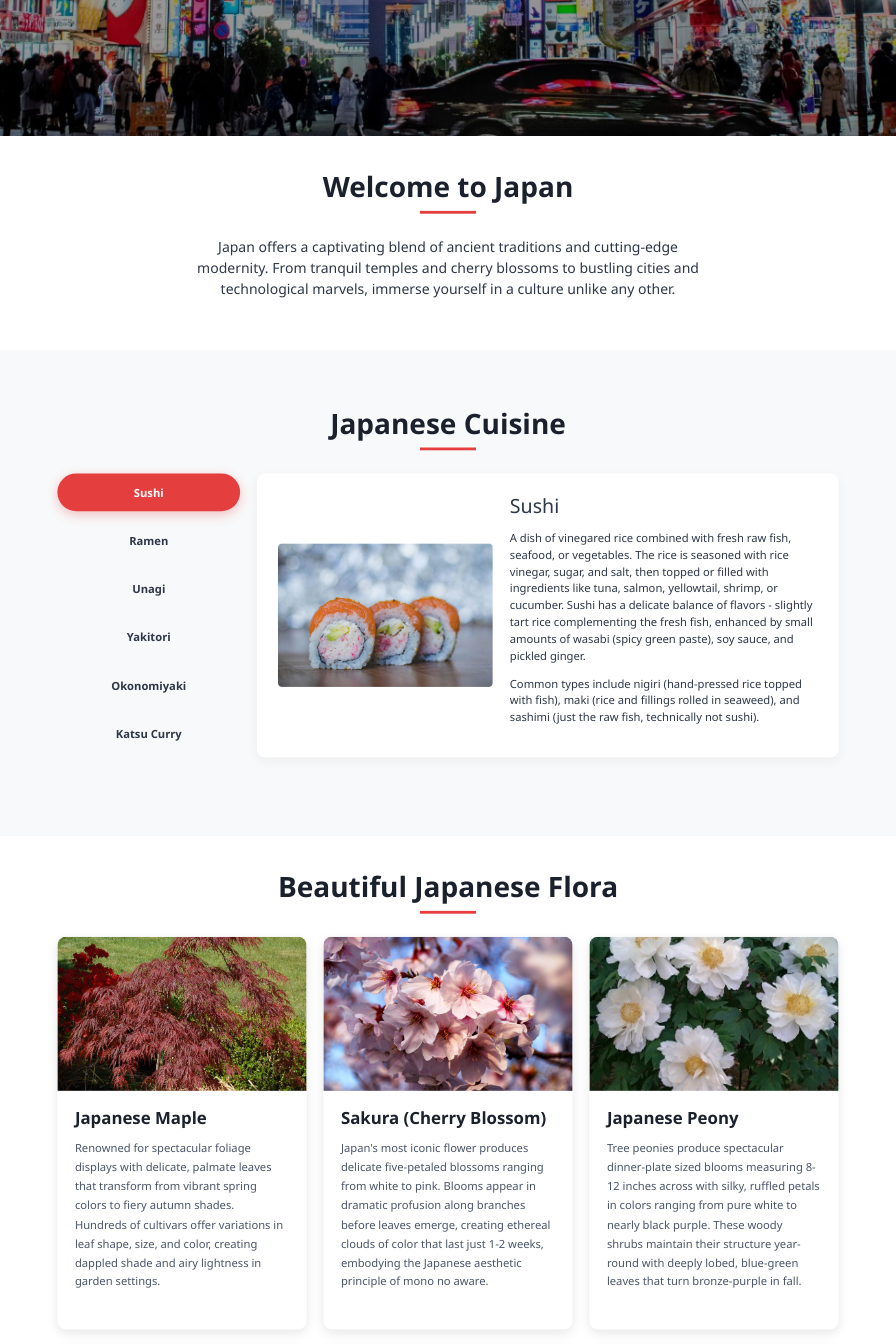
Repository: urielaracena/softwareDev
Page: project1/project1.html
An editor plug-in stored every save of this project. The page is shown before and after the next save, followed by the edit.
The browser window is 1280 px wide. The pictures show the part of the page from y = 526 to 2446 px (the page is 5087 px tall before and 5353 px after), at 70% of full size.
Backgrounds fixed to the window are drawn as part of the page.

Above is the page before, as saved 2025-04-18 14:36:58.

After the next save:
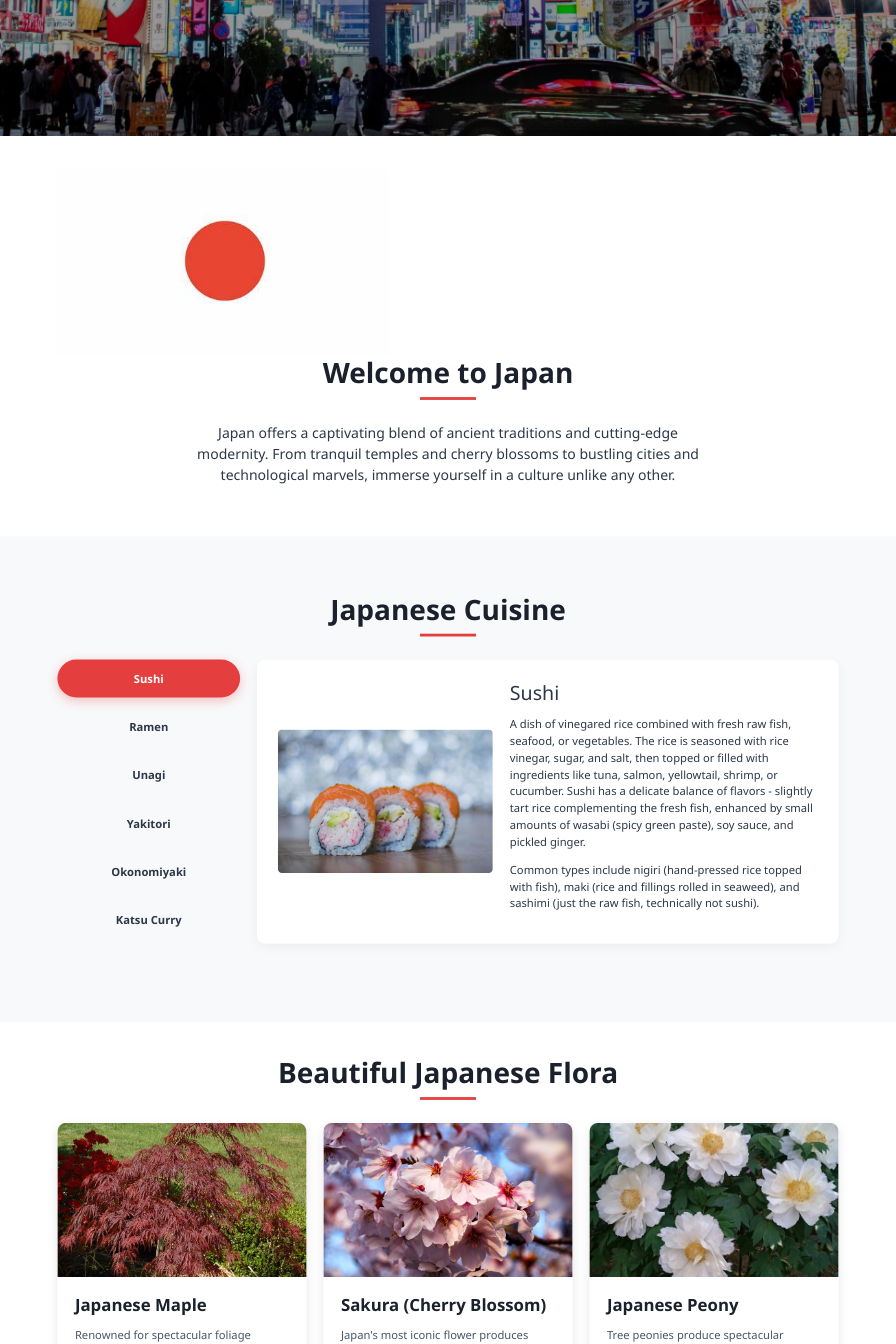
Saved 2 min 19 s later.
--- a/project1/project1.html
+++ b/project1/project1.html
@@ -51,7 +51,7 @@
 
     <!-- Introduction Section -->
     <section class="py-5">
-      <div class="container">
+      <div class="container"> <img src="images/japan-logo.jpeg" alt="">
         <h2 class="section-title">Welcome to Japan</h2>
         <div class="row justify-content-center">
           <div class="col-lg-8 text-center">

After the save that followed:
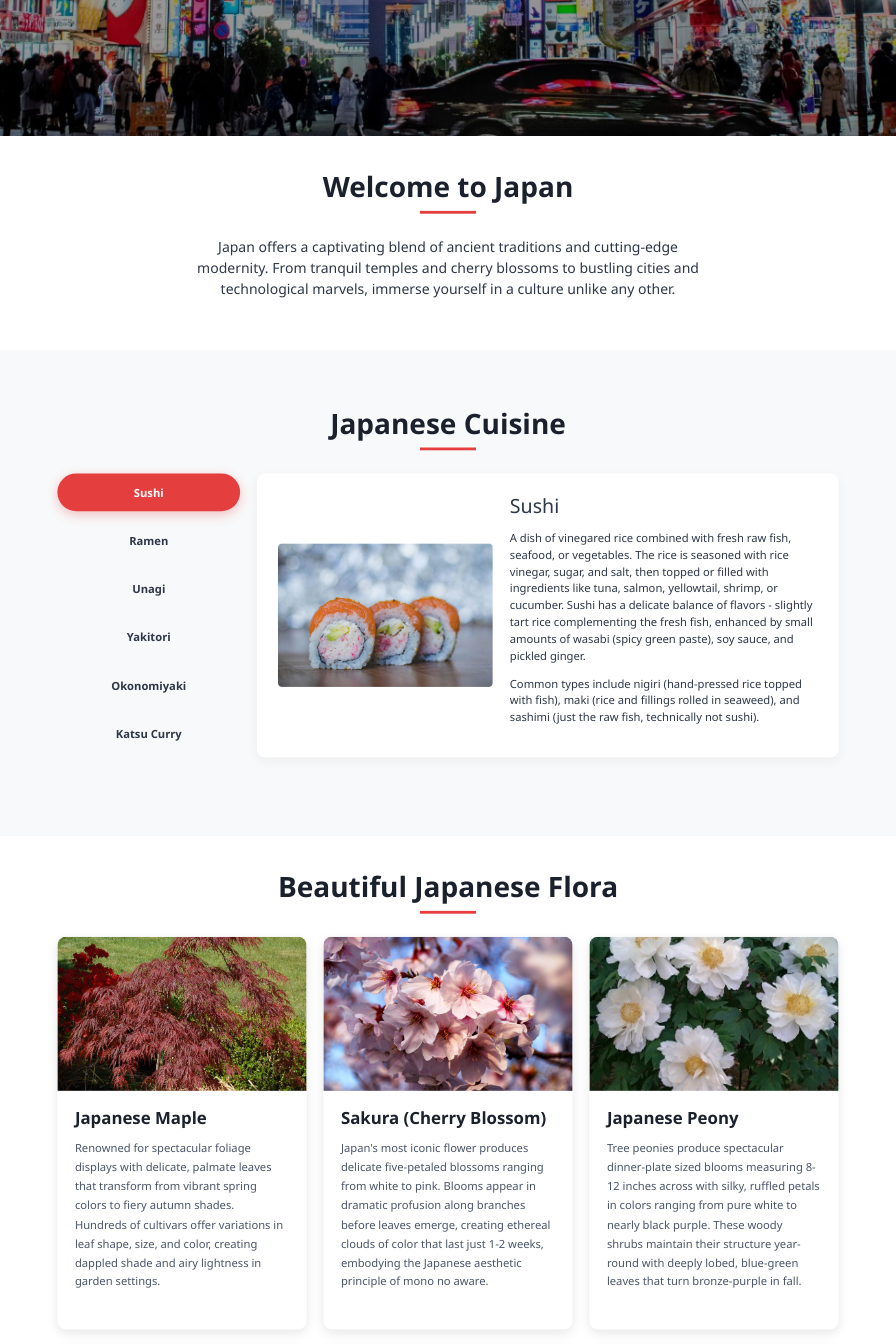
Saved 32 s later.
--- a/project1/project1.html
+++ b/project1/project1.html
@@ -51,7 +51,7 @@
 
     <!-- Introduction Section -->
     <section class="py-5">
-      <div class="container"> <img src="images/japan-logo.jpeg" alt="">
+      <div class="container">
         <h2 class="section-title">Welcome to Japan</h2>
         <div class="row justify-content-center">
           <div class="col-lg-8 text-center">
